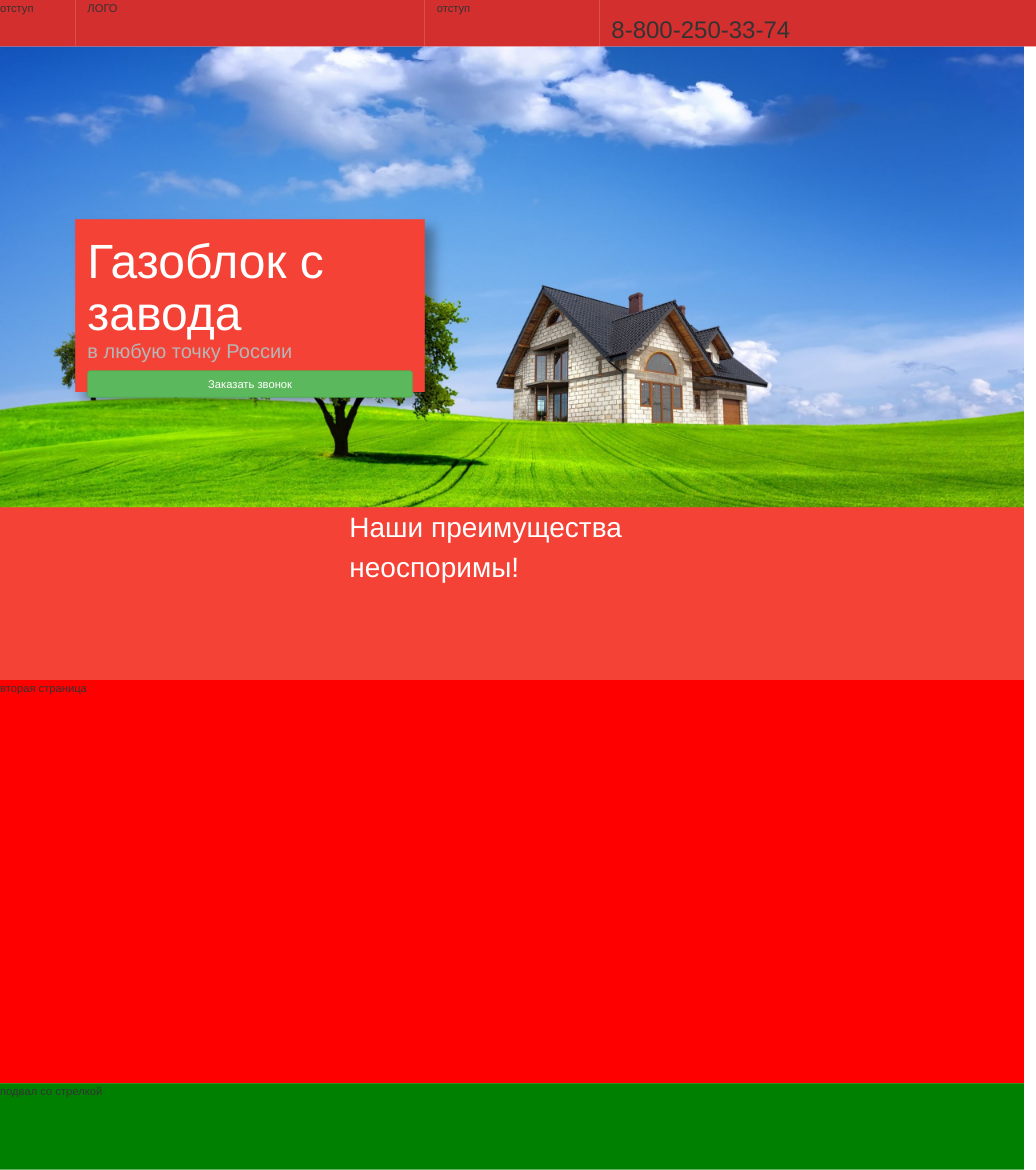
Repository: greenwtch/block
Page: index.html
The author's editor kept a record of every edit. The page is drawn from the files as they stood at one moment, then again after the next edit.
The browser window is 1280 px wide. The page is 1295 px wide, so the pictures cover 1295 px, including what lies to the right of the window. The pictures show the whole page, at 80% of full size.
Some web libraries are served in a nearby version.

Above is the page before.

### index.html
<!DOCTYPE html>
<html lang="en">
  <head>
    <meta charset="utf-8">
    <link href='https://fonts.googleapis.com/css?family=Russo+One&subset=latin,cyrillic' rel='stylesheet' type='text/css'>
    <meta http-equiv="X-UA-Compatible" content="IE=edge">
    <meta name="viewport" content="width=device-width, initial-scale=1">
    <title>Bootstrap 101 Template</title>

    <!-- Bootstrap -->
    <link href="css/bootstrap.css" rel="stylesheet">
    <link href="css/style.css" rel="stylesheet">

    <!-- HTML5 Shim and Respond.js IE8 support of HTML5 elements and media queries -->
    <!-- WARNING: Respond.js doesn't work if you view the page via file:// -->
    <!--[if lt IE 9]>
      <script src="https://oss.maxcdn.com/libs/html5shiv/3.7.0/html5shiv.js"></script>
      <script src="https://oss.maxcdn.com/libs/respond.js/1.4.2/respond.min.js"></script>
    <![endif]-->
  </head>
  <body>



    <div class="container-fluiid">
        <div class="row " >
            <div class="col-lg-1 header">
                   отступ
            </div>
             <div class="col-lg-4 header">
                   ЛОГО
            </div>
            <div class="col-lg-2 header">
                   отступ
            </div>
            <div class="col-lg-5  header">
                <h2>8-800-250-33-74</h2>
            </div>
        </div>

    </div>

    <div class="container-fluiid body1">
        <div class="row">
            <div class="col-lg-4 col-lg-offset-1 container1" >
                <h1 class="mainH1">Газоблок с завода <br>
                    <p id="underH1">в любую точку России</p>
                </h1>
                <button class="btn btn-success btn-large btn-block zvonok">Заказать звонок</button>
             </div>

        </div>
    </div>

    <div class="container-fluiid body1footer">
        <div class="row">
                <div class="col-lg-4 col-lg-offset-4">
                   <p id="footerText">Наши преимущества неоспоримы!</p>
                </div>
        </div>
    </div>

    <div class="container-fluiid body2">
        <div class="row">
                <div class="col-lg-12">
                    вторая страница
                </div>
        </div>
    </div>
    <div class="container-fluiid body2footer">
        <div class="row">
                <div class="col-lg-12">
                    подвал со стрелкой
                </div>
        </div>
    </div>



    <!-- jQuery (necessary for Bootstrap's JavaScript plugins) -->
    <script src="https://ajax.googleapis.com/ajax/libs/jquery/1.11.0/jquery.min.js"></script>
    <!-- Include all compiled plugins (below), or include individual files as needed -->
    <script src="js/bootstrap.js"></script>
  </body>
</html>

### css/style.css

.header {

    height: 8vh;
    background-color: #D32F2F;

}
.body1{
    height: 90vh;
    background-image: url("house.jpg");
    background-size: cover;
    background-position: center center;

}
.body1footer{
    background-color: #F44336;
    height: 30vh;
    margin-top:-10vh;
}
#footerText{
    color: #fff;
    font-size: 35px;
}
.container1{

    margin-top: 30vh;
    height: 30vh;
    background-color: #F44336;

    -webkit-box-shadow: 11px 11px 13px 1px rgba(0,0,0,0.34);
    -moz-box-shadow: 11px 11px 13px 1px rgba(0,0,0,0.34);
    box-shadow: 11px 11px 13px 1px rgba(0,0,0,0.34);
}
.body2{
    background-color: red;
    height: 70vh;
}
.body2footer{
    background-color: green;
    height: 15vh;
}


.mainH1{
    color: #fff;
    font-size: 60px;

}
#underH1{
   font-size: 25px;
   color: #B6B6B6;
}

Loaded but not shown: css/bootstrap.css (library); js/bootstrap.js (library)

After the next edit:
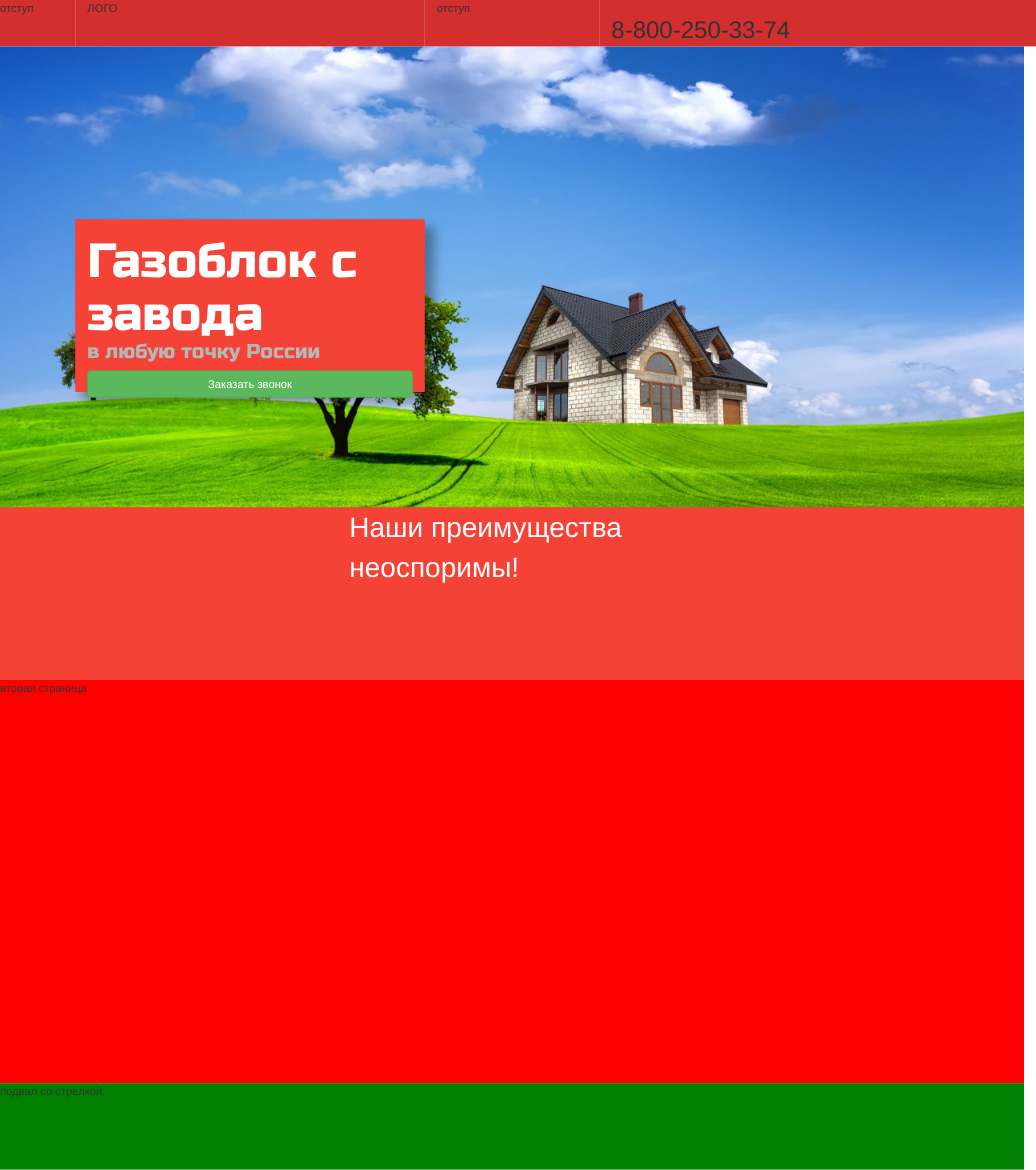
The edit:
--- a/css/style.css
+++ b/css/style.css
@@ -42,6 +42,7 @@
 
 
 .mainH1{
+        font-family: 'Russo One', sans-serif;
     color: #fff;
     font-size: 60px;
 
